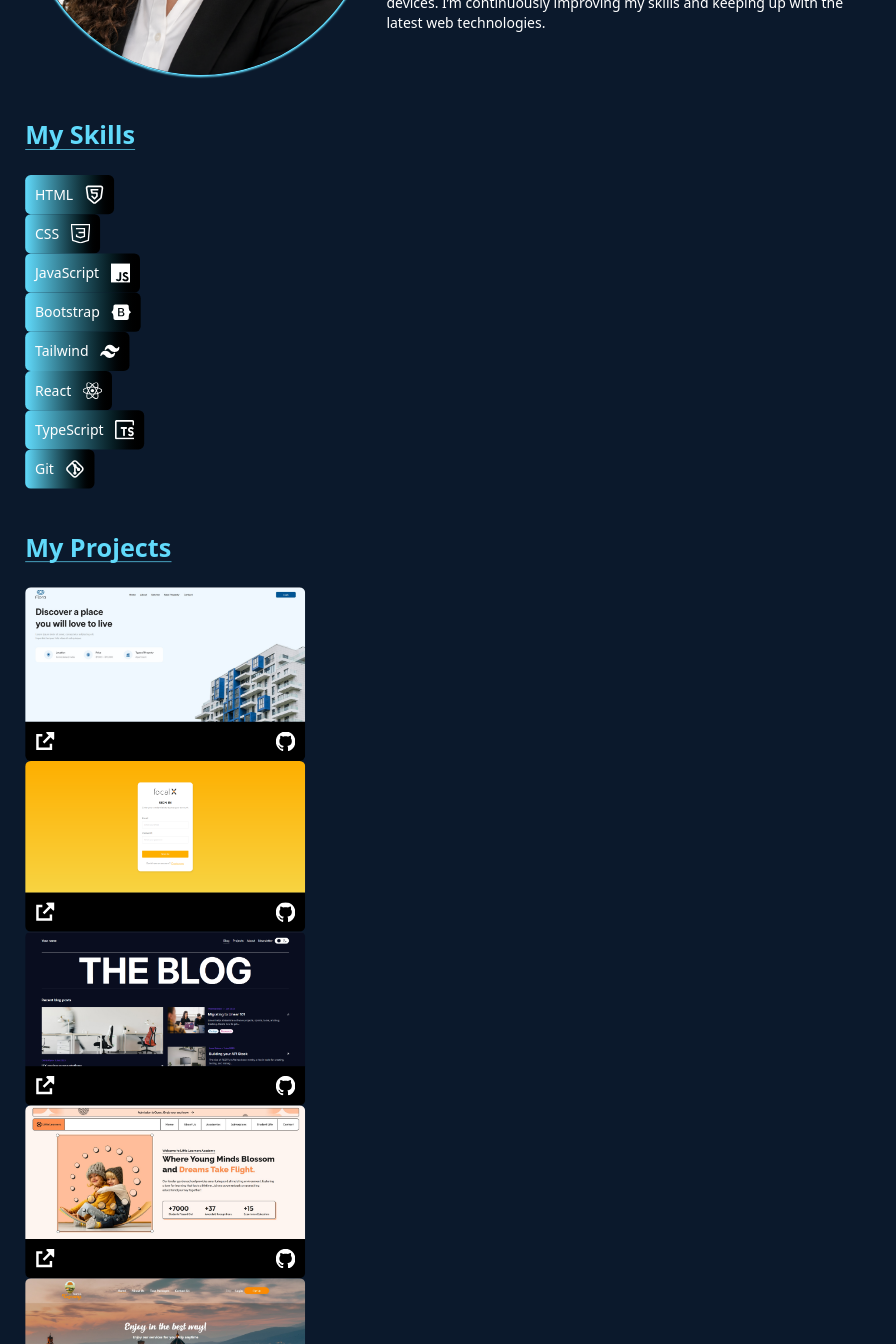
Repository: RawanBarakat-hub/portfolio
Page: /
The author's editor kept a copy of each file at every save. The page is drawn from the files as they stood at one save, then again after the next save.
The browser window is 1280 px wide. The pictures show the part of the page from y = 1220 to 3140 px (the page is 5352 px tall before and 3771 px after), at 70% of full size.
The project was rebuilt for these pictures with package versions that can differ from the ones it lists, and the page was loaded fresh each time. Also part of the build but not shown: vite.config.ts.

Above is the page before, as saved 2026-02-22 22:44:35.

### index.html
<!doctype html>
<html lang="en">
  <head>
    <meta charset="UTF-8" />
    <link rel="icon" type="image/svg+xml" href="/assets/images/photos/logo.png" />
    <meta name="viewport" content="width=device-width, initial-scale=1.0" />
    <title>Rawan's portfolio</title>
  </head>
  <body>
    <div id="root"></div>
    <script type="module" src="/src/main.tsx"></script>
  </body>
</html>

### src/index.css
@import "tailwindcss";
@theme{
    --color-primary-color: #61DAFB;
    --color-background-color: #0b192c;
    --color-hover-color: #1eb9e4;
}

### src/App.tsx
import Footer from "./components/Footer"
import Hero from "./components/Hero"
import Main from "./components/Main"
import NavBar from "./components/NavBar"
import { nav_links } from "./data/data"
import "./index.css"
function App() {

  return (
    <div className="bg-background-color px-9">
      <NavBar logo={{source:"/assets/images/photos/logo.png",alternative:"Logo"}}
      nav_links={nav_links}
      bar_icon={{source:"/assets/images/icons/bars.svg",alternative:"bars"}}
      cancel_icon={{source:"/assets/images/icons/cancel.svg",alternative:"bars"}}
      />
      <Hero/>
      <Main/>
      <Footer/>
    </div>
  )
}

export default App

### src/components/Footer.tsx
import { social_media } from "../data/data"
import Container from "./Container"
import Icon from "./Icon"

const Footer = () => {
    return (
        <footer className="py-15 lg:py-8">
            <Container>
                {
                    social_media.map((item,index)=>{
                        return <Icon key={index} url={item.url} image={item.image}/>
                    })
                }
            </Container>
        </footer>
    )
}

export default Footer

### src/components/Hero.tsx
import Image from "./Image"
import LinkBtn from "./LinkBtn"
import WelcomeText from "./WelcomeText"

const Hero = () => {
    return (
        <div className="h-screen pt-35 lg:pt-25 flex flex-col lg:flex-row
        justify-center lg:justify-between items-center gap-5">
            <div className="text-center lg:text-left">
                <WelcomeText text="Hello, I’m"/>
                <h1 className="text-white text-3xl lg:text-5xl mt-3 lg:mt-4
                mb-4 lg:mb-6 font-bold">Rawan Mohammad Barakat</h1>
                <p className="text-primary-color text-2xl lg:text-4xl max-w-2xl
                mb-4 lg:mb-14">Frontend Developer crafting clean & responsive web experiences.</p>
                <div className="flex justify-center lg:justify-start gap-4">
                    <LinkBtn url="" text="View my project"/>
                    <LinkBtn url="" text="Contact me"/>
                </div>
            </div>
            <Image source="/assets/images/photos/rawan.png" alternative="rawan"/>
        </div>
    )
}

export default Hero

### src/components/Main.tsx
import SectionAbout from "./SectionAbout"
import SectionProjects from "./SectionProjects"
import SectionReume from "./SectionReume"
import SectionSkills from "./SectionSkills"

const Main = () => {
    return (
        <main>
            <SectionAbout/>
            <SectionSkills/>
            <SectionProjects/>
            <SectionReume/>
        </main>
    )
}

export default Main

### src/components/NavBar.tsx
import { NavLink } from "react-router-dom"
import type { NavProps } from "../interfaces"
import { useState } from "react"

const NavBar = ({logo,nav_links,bar_icon,cancel_icon}:NavProps) => {
    const [show,setShow]=useState<boolean>(true)
    return (
        <div>
            <nav className="flex justify-between pl-5 pr-9 items-center fixed top-0 z-10
            w-full left-0 bg-background-color shadow-md shadow-primary-color">
                <div className="">
                    <img className="" src={logo.source} alt={logo.alternative} />
                </div>
                <div className="hidden lg:block">
                    <ul className="flex gap-6">
                        {nav_links?.map((link,index)=>{
                            return <li key={index}>
                                <NavLink className="text-primary-color text-[18px] font-medium"
                                to={link?.url}>{link?.text}</NavLink>
                            </li>
                        })}
                    </ul>
                </div>
                <button onClick={()=>setShow(!show)}
                className="block lg:hidden"><img src={`${show?bar_icon.source:cancel_icon.source}`}
                alt={`${show?bar_icon.alternative:cancel_icon.alternative}`} /></button>
            </nav>
            <div className={`${show ? "-left-full" :"left-1/2"} absolute top-16.5
            -translate-x-1/2 py-3.5 bg-background-color w-full transition-all`}>
                <ul className="text-center">
                        {nav_links?.map((link,index)=>{
                            return <li key={index} className="mb-4">
                                <NavLink className="text-primary-color text-[18px] font-medium"
                                to={link?.url}>{link?.text}</NavLink>
                            </li>
                        })}
                    </ul>
            </div>
        </div>
    )
}

export default NavBar

### src/data/data.ts
export const nav_links=[
    {
        url:"/",
        text:"Home"
    },
    {
        url:"/",
        text:"About"
    },
    {
        url:"/",
        text:"Skills"
    },
    {
        url:"/",
        text:"Projects"
    },
    {
        url:"/",
        text:"Resume"
    },
    {
        url:"/",
        text:"Contact"
    }
]
export const skills=[
    {
        image:{
            source:"/assets/images/icons/html.svg",
            alternative:"HTMl icon"
        },
        link:{
            url:"https://www.w3schools.com/html/default.asp",
            text:"HTML"
        }
    },
    {
        image:{
            source:"/assets/images/icons/css3.svg",
            alternative:"CSS icon"
        },
        link:{
            url:"https://www.w3schools.com/css/default.asp",
            text:"CSS"
        }
    },
    {
        image:{
            source:"/assets/images/icons/js.svg",
            alternative:"JavaScript icon"
        },
        link:{
            url:"https://www.w3schools.com/js/default.asp",
            text:"JavaScript "
        }
    },
    {
        image:{
            source:"/assets/images/icons/bootstrap.svg",
            alternative:"Bootstrap icon"
        },
        link:{
            url:"https://www.w3schools.com/bootstrap/bootstrap_ver.asp",
            text:"Bootstrap"
        }
    },
    {
        image:{
            source:"/assets/images/icons/tailwind.svg",
            alternative:"Taileind icon"
        },
        link:{
            url:"https://tailwindcss.com/",
            text:"Tailwind"
        }
    },
    {
        image:{
            source:"/assets/images/icons/react.svg",
            alternative:"React icon"
        },
        link:{
            url:"https://www.w3schools.com/react/default.asp",
            text:"React"
        }
    },
    {
        image:{
            source:"/assets/images/icons/ts.svg",
            alternative:"TypeScript icon"
        },
        link:{
            url:"https://www.w3schools.com/typescript/index.php",
            text:"TypeScript"
        }
    },
    {
        image:{
            source:"/assets/images/icons/git.svg",
            alternative:"Git icon"
        },
        link:{
            url:"https://www.w3schools.com/git/default.asp",
            text:"Git"
        }
    }
]
export const projects=[
    {
        image:{
            source:"public/assets/images/photos/flora.jpg",
            alternative:"Flora project"
        },
        title:"Flora",
        text:"Landing Page for a Real Estate Website",
        code_link:"https://github.com/RawanBarakat-hub/task-4-adv",
        project_Link:"https://rawanbarakat-hub.github.io/task-4-adv/"
    },
    {
        image:{
            source:"public/assets/images/photos/dash.jpg",
            alternative:"Dashboard project"
        },
        title:"E-commerce store dashboard",
        text:"Dashboard for managing E-commerce store",
        code_link:"https://github.com/RawanBarakat-hub/task-5-adv",
        project_Link:"https://task-5-adv.vercel.app/"
    },
    {
        image:{
            source:"public/assets/images/photos/blog.jpg",
            alternative:"Blogs project"
        },
        title:"The Blog",
        text:"Website for displaying blogs across different categories.",
        code_link:"https://github.com/RawanBarakat-hub/task-6-adv",
        project_Link:"https://task-6-adv-tawny.vercel.app/"
    },
    {
        image:{
            source:"public/assets/images/photos/littlelearners.jpg",
            alternative:"little learners project"
        },
        title:"Little learners",
        text:"Website for an educational institution.",
        code_link:"https://github.com/RawanBarakat-hub/task-2-adv",
        project_Link:"https://task-2-adv-pi.vercel.app/"
    },
    {
        image:{
            source:"public/assets/images/photos/next.jpg",
            alternative:"next project"
        },
        title:"Travel around the world",
        text:"Website for a travel company.",
        code_link:"https://github.com/RawanBarakat-hub/task-2-adv",
        project_Link:"https://task-7-adv-lac.vercel.app"
    },
    {
        image:{
            source:"public/assets/images/photos/estatein.jpg",
            alternative:"estatein project"
        },
        title:"Estatein",
        text:"Website for a real estate company.",
        code_link:"https://github.com/RaghadDeveloper/estatein",
        project_Link:"https://estatein-umber.vercel.app/"
    },
    {
        image:{
            source:"public/assets/images/photos/agency.jpg",
            alternative:"Digital project"
        },
        title:"Square",
        text:"Website for a digital products company.",
        code_link:"https://github.com/raghadsammour/squareUp.git",
        project_Link:"https://raghadsammour.github.io/squareUp/"
    },
    {
        image:{
            source:"public/assets/images/photos/digital.jpg",
            alternative:"Agency project"
        },
        title:"Digital agency",
        text:"Website for a digital products company.",
        code_link:"https://github.com/RawanBarakat-hub/Task-5",
        project_Link:"https://rawanbarakat-hub.github.io/Task-5/"
    },
    {
        image:{
            source:"public/assets/images/photos/e-commerc.jpg",
            alternative:"E-commerce project"
        },
        title:"E-commerce store",
        text:"Admin dashboard for an e-commerce store",
        code_link:"https://github.com/RawanBarakat-hub/Task-7",
        project_Link:"https://rawanbarakat-hub.github.io/Task-7/"
    },
    {
        image:{
            source:"public/assets/images/photos/library.jpg",
            alternative:"library project"
        },
        title:"Library Management System",
        text:"Website for categorizing and organizing books.",
        code_link:"https://github.com/RawanBarakat-hub/task-1-adv",
        project_Link:"https://rawanbarakat-hub.github.io/task-1-adv/"
    },
    {
        image:{
            source:"public/assets/images/photos/travelhero.jpg",
            alternative:"travel project"
        },
        title:"Travel",
        text:"Simple landing page for a travel agency website",
        code_link:"https://github.com/RawanBarakat-hub/Travel",
        project_Link:"https://rawanbarakat-hub.github.io/Travel/"
    }
]
export const certifications=[
    "Bachelor’s Degree in Information Engineering – Software Engineering",
    "Frontend Development – Beginner Level (Focal X)",
    "Frontend Development – Advanced Level (Focal X)"
]
export const social_media=[
    {
        url:"https://www.facebook.com/rawan.barakat.395?mibextid=wwXIfr&mibextid=wwXIfr",
        image:{
            source:"public/assets/images/icons/facebook.svg",
            alternative:"facebook icon"
        }
    },
    {
        url:"https://github.com/RawanBarakat-hub",
        image:{
            source:"public/assets/images/icons/github.svg",
            alternative:"github icon"
        }
    },
    {
        url:"https://t.me/Rawan_257",
        image:{
            source:"public/assets/images/icons/telegram.svg",
            alternative:"telegram icon"
        }
    },
    {
        url:"https://www.instagram.com/rawan.barakat.395?igsh=MWt1bDBya251YWFyeA%3D%3D&utm_source=qr",
        image:{
            source:"public/assets/images/icons/instagram.svg",
            alternative:"instagram icon"
        }
    },
    {
        url:"https://wa.me/963937278362",
        image:{
            source:"public/assets/images/icons/whatsapp.svg",
            alternative:"whatsapp icon"
        }
    },
    {
        url:"mailto:barakatrawan81@gmail.com",
        image:{
            source:"public/assets/images/icons/email.svg",
            alternative:"email icon"
        }
    }
]

### src/components/Container.tsx
import type { ContainerProps } from "../interfaces"

const Container = ({children,className}:ContainerProps) => {
    return (
        <div className={`${className=="footer"?"justify-center":"justify-between"}`}>{children}</div>
    )
}

export default Container

### src/components/Icon.tsx
import type { LinkProps } from '../interfaces'

const Icon = ({url,text,image}:LinkProps) => {
    return (
        <a  target="_blank" className={`${text&&"bg-linear-to-r from-primary-color to-black font-medium text-xl text-white p-3.5 rounded-lg w-fit flex items-center gap-4 hover:scale-120 transition-all" }`} href={url}>{text&&
                <span>{text}</span>}
            <img className='w-7' src={image?.source} alt={image?.alternative} />
        </a>

    )
}

export default Icon

### src/components/Image.tsx
import type { ImageProps } from '../interfaces'

const Image = ({source,alternative}:ImageProps) => {
    return (
        <div className='w-125 h-125 rounded-full border-2 border-primary-color
            shadow-sm shadow-primary-color flex justify-center items-center overflow-hidden
            shrink-0'>
            <img src={source} alt={alternative} />
        </div>
    )
}

export default Image

### src/components/LinkBtn.tsx
import { Link } from 'react-router-dom'
import { type LinkProps } from '../interfaces'
const LinkBtn = ({url,text,image}:LinkProps) => {
    return (
            <Link className="bg-primary-color hover:bg-hover-color
            text-xl text-background-color p-3.5 rounded-lg w-fit flex items-center
            gap-4 transition-all`" to={url}>{text}
            {image && <img className='w-10' src={image?.source} alt={image?.alternative} />}</Link>
    )
}

export default LinkBtn

### src/components/WelcomeText.tsx

const WelcomeText = ({text}:{text:string}) => {
    return (
        <p className="text-primary-color text-xl lg:text-3xl
        font-medium">{text}</p>
    )
}

export default WelcomeText

### src/components/SectionAbout.tsx
import Description from "./Description"
import Image from "./Image"
import TitleSection from "./TitleSection"
import WelcomeText from "./WelcomeText"

const SectionAbout = () => {
    return (
        <section className="py-15 lg:py-8 text-center lg:text-left">
            <TitleSection title="About me"/>
            <div className="flex flex-col lg:flex-row
                justify-center lg:justify-between items-center
                gap-4">
                <Image source="/assets/images/photos/rawan.png" alternative="rawan"/>
                <div className="max-w-3xl">
                    <WelcomeText text="Hi there! i’m Rawan Barakat"/>
                    <Description text="I’m a Software Engineering and Information Systems
                        graduate from Latakia University, with a strong passion
                        for frontend development and website creation."/>
                    <Description text="I completed both my beginner
                        and advanced frontend training at Focal X ,
                        where I built responsive websites using HTML, CSS, JavaScript,
                        and React (JSX and TSX) , working on practical and academic projects."/>
                    <Description text="I focus on writing clean, well-structured
                    code and building modern,responsive websites that perform efficiently across different
                    devices. I’m continuously improving my skills and keeping up with the latest web
                    technologies."/>
                </div>
            </div>
        </section>
    )
}

export default SectionAbout

### src/components/SectionProjects.tsx
import { projects } from "../data/data"
import Card from "./Card"
import Container from "./Container"
import TitleSection from "./TitleSection"

const SectionProjects = () => {
    return (
        <section className="py-15 lg:py-8">
            <TitleSection title="My Projects"/>
            <Container>
                {
                    projects.map((project,index)=>{
                        return <Card key={index}
                        image={project.image} title={project.title}
                        text={project.text} code={project.code_link}
                        deploy={project.project_Link}/>
                    })
                }
            </Container>
        </section>
    )
}

export default SectionProjects

### src/components/SectionReume.tsx
import { certifications } from "../data/data"
import Description from "./Description"
import TitleSection from "./TitleSection"
import WelcomeText from "./WelcomeText"

const SectionReume = () => {
    return (
        <section className="py-15 lg:py-8">
            <TitleSection title="Resume"/>
            <div className="flex justify-between">
                <div>
                    <WelcomeText text="Certifications & Experience" />
                    <ul className="mt-0 list-disc text-white pl-7">
                        {
                            certifications.map((item,index)=>{
                                return <li key={index}>
                                    <Description text={item} />
                                </li>
                            })
                        }
                    </ul>
                </div>
                <div>
                    <Description
                    text="Interested in working together? Download my CV to see my full experience" />
                    <a href="/Rawan Barakat CV.pdf" download
                        className="inline-block p-3 rounded-md bg-primary-color hover:bg-hover-color
                        text-white text-[18px] font-medium mt-3 cursor-pointer"
                        >Download CV</a>
                </div>
            </div>
        </section>
    )
}

export default SectionReume

### src/components/SectionSkills.tsx
import { skills } from "../data/data"
import Container from "./Container"
import Icon from "./Icon"
import TitleSection from "./TitleSection"

const SectionSkills = () => {
    return (
        <section className="py-15 lg:py-8 ">
            <TitleSection title="My Skills"/>
            <Container>
                {
                    skills.map((skill,index)=>{
                        return <Icon key={index} url={skill.link.url}
                        text={skill.link.text} image={skill.image}/>
                    })
            }
            </Container>
        </section>
    )
}

export default SectionSkills

### src/components/Description.tsx

const Description = ({text}:{text:string}) => {
    return (
        <p className="text-white text-xl mt-5">{text}</p>
    )
}

export default Description

### src/components/TitleSection.tsx
import type { TitleSectionProp } from "../interfaces"

const TitleSection = ({title}:TitleSectionProp) => {
    return (
        <h2 className="text-xl lg:text-4xl text-primary-color font-semibold
        mb-4 lg:mb-9 w-fit border-b border-primary-color">{title}</h2>
    )
}

export default TitleSection

### src/components/Card.tsx
import type { CardProps } from "../interfaces"
import Icon from "./Icon"

const Card = ({image,title,text,code,deploy}:CardProps) => {
    return (
        <div className="w-100 rounded-lg overflow-hidden group">
            <div className="relative">
                <img className="w-full h-full" src={image.source} alt={image.alternative} />
                <div className="absolute -top-full group-hover:top-0 text-center
                w-full h-full bg-[#00000088] transition-all flex flex-col
                justify-center items-center">
                    <h3 className="text-white font-medium text-xl">{title}</h3>
                    <p className="text-white text-[18px]">{text}</p>
                </div>
            </div>
            <div className="flex justify-between gap-2 bg-black p-3.5">
                <Icon url={deploy} image={{source:"/assets/images/icons/arrow.svg",
                alternative:"arrow icon"}} />
                <Icon url={code} image={{source:"/assets/images/icons/github.svg",
                alternative:"github icon"}} />
            </div>
        </div>
    )
}

export default Card

Loaded but not shown: src/main.tsx (common file)

After the next save:
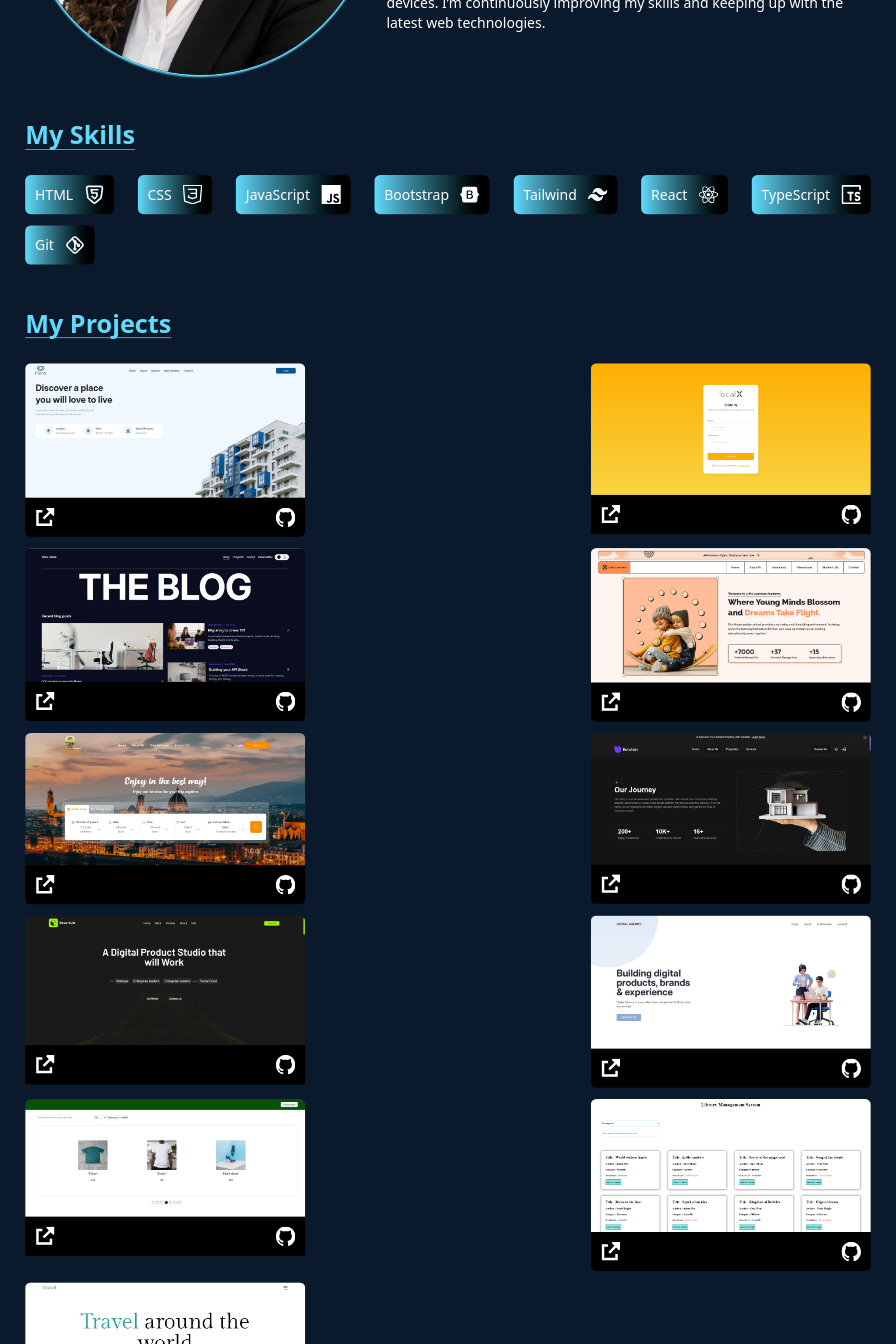
Saved 4 s later.
--- a/src/components/Container.tsx
+++ b/src/components/Container.tsx
@@ -2,7 +2,7 @@ import type { ContainerProps } from "../interfaces"
 
 const Container = ({children,className}:ContainerProps) => {
     return (
-        <div className={`${className=="footer"?"justify-center":"justify-between"}`}>{children}</div>
+        <div className={`flex justify-between flex-wrap gap-4 ${className=="footer"?"justify-center":"justify-between"}`}>{children}</div>
     )
 }
 
